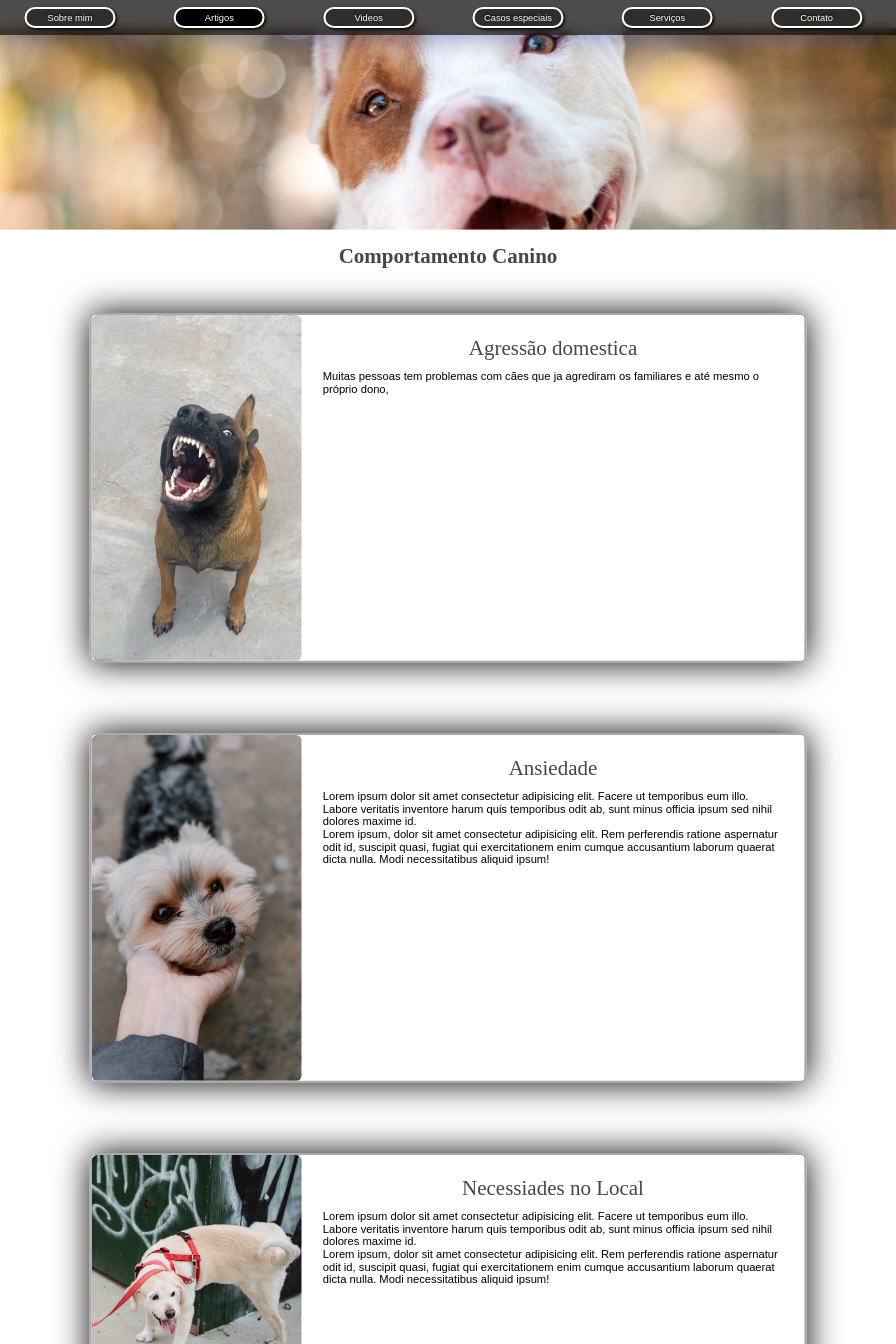
Repository: KevynMarques/Blog-React-StyledComponent
Page: /, after clicking the first element matching `button.sc-eqUAAy`
An editor plug-in stored every save of this project. The page is shown before and after a run of saves, followed by the edit.
The browser window is 1280 px wide. The pictures show the part of the page from y = 0 to 1920 px (the page is 3448 px tall), at 70% of full size.
The project was rebuilt for these pictures with package versions that can differ from the ones it lists, and the page was loaded fresh each time. Also part of the build but not shown: src/Components/Clientes/index.jsx, src/Components/Serviços/index.jsx, src/Components/Contato/index.jsx, src/Components/View/index.jsx.

Above is the page before, as saved 2022-02-21 15:14:43.

### public/index.html
<!DOCTYPE html>
<html lang="pt-BR">
  <head>
    <meta charset="utf-8" />
    <link rel="icon" href="%PUBLIC_URL%/favicon.ico" />
    <meta name="viewport" content="width=device-width, initial-scale=1" />
    <meta name="theme-color" content="#000000" />
    <meta
      name="description"
      content="Web site created using create-react-app"
    />
    <link rel="apple-touch-icon" href="%PUBLIC_URL%/logo192.png" />
    <!--
      manifest.json provides metadata used when your web app is installed on a
      user's mobile device or desktop. See https://developers.google.com/web/fundamentals/web-app-manifest/
    -->
    <!--
      Notice the use of %PUBLIC_URL% in the tags above.
      It will be replaced with the URL of the `public` folder during the build.
      Only files inside the `public` folder can be referenced from the HTML.

      Unlike "/favicon.ico" or "favicon.ico", "%PUBLIC_URL%/favicon.ico" will
      work correctly both with client-side routing and a non-root public URL.
      Learn how to configure a non-root public URL by running `npm run build`.
    -->
    <title>Adestramento DK</title>
  </head>
  <body>
    <noscript>You need to enable JavaScript to run this app.</noscript>
    <div id="root"></div>
    <!--
      This HTML file is a template.
      If you open it directly in the browser, you will see an empty page.

      You can add webfonts, meta tags, or analytics to this file.
      The build step will place the bundled scripts into the <body> tag.

      To begin the development, run `npm start` or `yarn start`.
      To create a production bundle, use `npm run build` or `yarn build`.
    -->
  </body>
</html>

### src/App.jsx
import Home from './Pages/Home';
import Sobre from './Components/Sobre/index';
import { useState, useEffect } from 'react';
import { GlobalStyle } from './GlobalStyle';
import Geral from './Components/Geral/index';


function App() {

  const [geral, setGeral]=useState(<Sobre />);

  return (
    <>
    <Home setGeral={setGeral} geral={geral}  />
    <Geral geral={geral} />
    <GlobalStyle/>
   </>
  );
}

export default App;

### src/Pages/Home/index.jsx
import React, {useState} from "react"
import {  Home, Videos, Comportamental, Serviços, Diversos, Contato } from "../../Components/Buttons/Style"
import Sobre from '../../Components/Sobre/index'
import Comport  from '../../Components/Artigos/index'
import Clientes from '../../Components/Clientes/index'
import Serv from "../../Components/Serviços"
import Cont from '../../Components/Contato/index'
import View from "../../Components/View"
import { ContainerHeader } from "../../Components/Containers/style"




export default (props) => {

  const [ativo, setAtivo] = useState(false)
  const [ativoVideos, setAtivoVideos] = useState(true)
  const [ativoComp, setComp] = useState(true)
  const [Casos, setCasos] = useState(true)
  const [serviços, setServiços] = useState(true)
  const [contato, setContato] = useState(true)


  return (
   <>
    <ContainerHeader>

       <Home
         setAtivo={setAtivo}
         ativo={ativo}
         onClick={()=>(props.setGeral(<Sobre />),
         setAtivo(false),
         setAtivoVideos(true),
         setComp(true),
         setCasos(true),
         setServiços(true)
         )}>
         <p>Sobre mim</p>
      </Home>


       <Comportamental
          onClick={() =>(props.setGeral(<Comport />),
          setAtivo(true),
          setAtivoVideos(true),
          setComp(false),
          setCasos(true),
          setServiços(true))}

          setComp={setComp}
          ativoComp={ativoComp}>

         <p>Artigos</p>
       </Comportamental>

       <Videos
        ativoEquip={ativoVideos}
        setAtivoVideos={setAtivoVideos}
        onClick={()=>(props.setGeral(<View />),
        setAtivo(true),
        setAtivoVideos(false),
        setComp(true),
        setCasos(true),
        setServiços(true)
        )}>
        <p>Videos</p>
       </Videos>

       <Diversos
          onClick={() =>(props.setGeral(<Clientes />),
          setAtivo(true),
          setAtivoVideos(true),
          setComp(true),
          setCasos(false),
          setServiços(true))}
          setCasos={setCasos}
          Casos={Casos}>
         <p>Casos especiais</p>
       </Diversos>


       <Serviços onClick={() =>(props.setGeral(<Serv />),
        setAtivo(true),
        setAtivoVideos(true),
        setComp(true),
        setCasos(true),
        setServiços(false))}
        setServiços={setServiços}
        serviços={serviços}>
         <p>Serviços</p>
       </Serviços>

       <Contato onClick={() =>(props.setGeral(<Cont />),
        setAtivo(true),
        setAtivoVideos(true),
        setComp(true),
        setCasos(true),
        setServiços(true),
        setContato(false)
       )}
          setContato={setContato}
          contato={contato}>
         <p>Contato</p>
      </Contato>

    </ContainerHeader>
    </>
  );
}

### src/Components/Sobre/index.jsx
import Foto from '../Image/foto.png'
import LV from '../Image/LV.jpg';
import Dog from '../Image/Dog.png'
import { Tittle } from "../Textos&Titles/style";
import { ContainerBaner, ContainerBox, ContainerIMG } from "../Containers/style";
import { Info } from "../Textos&Titles/style";
import { SubTitle } from '../Textos&Titles/style';
import { TitleInfo } from '../Textos&Titles/style';


export default () => {
  return (
<>
     <ContainerBaner>
      <img src={Dog} />
     </ContainerBaner>

   <Tittle>
          Adestramento DK
  </Tittle>


  <ContainerBox>
       <ContainerIMG>
        <img src={Foto} />
       </ContainerIMG>
       <Info>
       <TitleInfo>Quem sou eu</TitleInfo>
       meu nome é Kevyn Marques sempre fui um apaixonado por cães, no ano de 2017 tive o prazer
       de fazer parte do 2BPE  onde pude ter  meu primeiro contato com cães de trabalho tanto de faro como de guarda, encantando com aqueles animais comecei a pesquisar e estudar sobre comportamento canino  e desde la eu nunca mais parei, ao longo da minha jornada como adestrador fiz inumeros cursos com pessoas que estão na aréa do adestramento a anos, tanto no esporte canino como no treinamento pet podendo ter uma visão ampla e diversificade de cada caso que passa pelas minhas mãos, tenho um orgulho enorme dos meus resultados, acredito que todos com a orientação adequada podem ter uma vida em harmonia com seus cães independente do tamanho do problema ele sempre tera solução.
       </Info>
       </ContainerBox>

  <SubTitle>  Viper e Logan !
  </SubTitle>


    <ContainerBox>
       <ContainerIMG>
        <img src={LV} />
       </ContainerIMG>
       <Info>
       <TitleInfo>Nosso dia a dia</TitleInfo>
       Apesar de ter tido cães a vida toda o meu primeiro cão de trabalho foi o Logan, meu pastor Belga Malinois que se encontra ao lado direito da foto, com o Logan vieram inumeros desafios afinal é uma raça dificil de lidar, temperamento forte muita disposição e um drive de caça altissimo, porem com a tecnica é o conhecimento adequado o Logan se tornou a melhor companhia que ja tive na vida, ja o Mali mais escuro na foto é o Viper, minha paixão por Malinois so aumenta e com isso veio mais um para familia, o pequeno Viper é bem diferente do Logan, um cão mais calmo e de um temperamento extremamente equilibrado por enquanto ainda não sei se irei treina-lo para guarda e proteção como o Logan, porem uma coisa é certa, eles fazem uma dupla e tanto !! Irei postar videos rotineiros dos treinos de ambos e espero que vocês acompanhem !
       </Info>
   </ContainerBox>
</>

  );
}

### src/GlobalStyle.jsx
import { createGlobalStyle } from 'styled-components';

 export const GlobalStyle = createGlobalStyle`
  * {
    margin: 0;
    padding: 0;
    box-sizing: border-box;

  }
`;

### src/Components/Geral/index.jsx
import React from "react"

export default (props) => {

  return (

    <>
    {props.geral}
    </>

  );

}

### src/Components/Buttons/Style.jsx
import styled from "styled-components";


export const Home = styled.button `
background:${props => props.ativo ? '#2e2e2e' : '#000000'};
font-family: Arial, Helvetica, sans-serif;
font-style:normal;
color:#ffffff;
border:3px solid #ffffff;
text-shadow:0px -1px 3px #000000;
box-shadow:2px 2px 5px #000000;
box-shadow:2px 2px 5px #000000;
box-shadow:2px 2px 5px #000000;
border-radius:25px 25px 25px 25px;
border-radius:25px 25px 25px 25px;
border-radius:25px 25px 25px 25px;
width:130px;
height: 30px;

&:hover {
  background-color: black;
}

cursor:pointer;
margin:0 auto;
margin-left: 35px;

&:active {
  transform: scale(0.9);
}

`;


export const Videos = styled(Home) `

background:${props => props.ativoEquip ? '#2e2e2e' : '#000000'};

`;

export const Comportamental = styled(Home) `

background:${props => props.ativoComp ? '#2e2e2e' : '#000000'};

`;


export const Diversos = styled(Home) `

background:${props => props.Casos? '#2e2e2e' : '#000000'};

`;


export const Serviços = styled(Home) `

background:${props => props.serviços? '#2e2e2e' : '#000000'};

`;

export const Contato = styled(Home) `

background:#2e2e2e;

`;

### src/Components/Artigos/index.jsx
import Dog from '../Image/pitbull.jpeg'
import Agress from '../Image/agressao.png'
import York from '../Image/york.jpeg'
import Xixi from '../Image/xixi.jpeg'
import Passeio from '../Image/Passeio.jpeg'
import Bagunça from '../Image/bagunça.jpg'
import { Info, SubTitle } from '../Textos&Titles/style'
import { ContainerBaner, ContainerBox, ContainerIMG } from '../Containers/style'
import { TitleInfo } from '../Textos&Titles/style'

export default () => {
  return (
    <>
    <ContainerBaner>
    <img src={Dog} />
    </ContainerBaner>

    <SubTitle>
      Comportamento Canino
     </SubTitle>

      <ContainerBox>
       <ContainerIMG>
        <img src={Agress} />
       </ContainerIMG>
       <Info>
       <TitleInfo>Agressão domestica</TitleInfo>
       Muitas pessoas tem problemas com cães que ja agrediram os familiares e até mesmo o próprio dono,
        </Info>
       </ContainerBox>

       <ContainerBox>
       <ContainerIMG>
        <img src={York} />
       </ContainerIMG>
       <Info>
       <TitleInfo>Ansiedade</TitleInfo>
       Lorem ipsum dolor sit amet consectetur adipisicing elit. Facere ut temporibus eum illo. Labore veritatis inventore harum quis temporibus odit ab, sunt minus officia ipsum sed nihil dolores maxime id.
       <br></br>
        Lorem ipsum, dolor sit amet consectetur adipisicing elit. Rem perferendis ratione aspernatur odit id, suscipit quasi, fugiat qui  exercitationem  enim cumque accusantium laborum quaerat dicta nulla. Modi necessitatibus aliquid ipsum!
        </Info>
       </ContainerBox>

       <ContainerBox>
       <ContainerIMG>
        <img src={Xixi} />
       </ContainerIMG>
       <Info>
       <TitleInfo>Necessiades no Local</TitleInfo>
       Lorem ipsum dolor sit amet consectetur adipisicing elit. Facere ut temporibus eum illo. Labore veritatis inventore harum quis temporibus odit ab, sunt minus officia ipsum sed nihil dolores maxime id.
       <br></br>
        Lorem ipsum, dolor sit amet consectetur adipisicing elit. Rem perferendis ratione aspernatur odit id, suscipit quasi, fugiat qui  exercitationem  enim cumque accusantium laborum quaerat dicta nulla. Modi necessitatibus aliquid ipsum!
        </Info>
       </ContainerBox>


       <ContainerBox>
       <ContainerIMG>
        <img src={Passeio} />
       </ContainerIMG>
       <Info>
       <TitleInfo>Passeio</TitleInfo>
       Lorem ipsum dolor sit amet consectetur adipisicing elit. Facere ut temporibus eum illo. Labore veritatis inventore harum quis temporibus odit ab, sunt minus officia ipsum sed nihil dolores maxime id.
       <br></br>
        Lorem ipsum, dolor sit amet consectetur adipisicing elit. Rem perferendis ratione aspernatur odit id, suscipit quasi, fugiat qui  exercitationem  enim cumque accusantium laborum quaerat dicta nulla. Modi necessitatibus aliquid ipsum!
        </Info>
       </ContainerBox>


       <ContainerBox>
       <ContainerIMG>
        <img src={Bagunça} />
       </ContainerIMG>
       <Info>
       <TitleInfo>Destruição de objetos</TitleInfo>
       Lorem ipsum dolor sit amet consectetur adipisicing elit. Facere ut temporibus eum illo. Labore veritatis inventore harum quis temporibus odit ab, sunt minus officia ipsum sed nihil dolores maxime id.
       <br></br>
        Lorem ipsum, dolor sit amet consectetur adipisicing elit. Rem perferendis ratione aspernatur odit id, suscipit quasi, fugiat qui  exercitationem  enim cumque accusantium laborum quaerat dicta nulla. Modi necessitatibus aliquid ipsum!
        </Info>
       </ContainerBox>
    </>
  );
}

### src/Components/Containers/style.jsx
import  styled  from "styled-components";



export const  ContainerHeader  = styled.div `
     width: 100vw;
     height: 50px;
     margin: 0;
     position: fixed;
     z-index: 99999;
     background: rgba( 0, 0, 0, 0.7 );
     box-shadow: 0 8px 32px 0 rgba( 31, 38, 135, 0.37 );
     backdrop-filter: blur( 7.5px );
     -webkit-backdrop-filter: blur( 7.5px );
     color:white;
     display: flex;
     align-items: center;
     justify-content: center;
`;



export const ContainerBaner= styled.div `
  width: 100%;
  height: 40vh;


    img {
    width: 100%;
    height: 100%;
    object-fit: cover;
    margin-top: 40px;

    }
`;


export const  ContainerBox = styled.section `
  height: 500px;
  border: solid 3px #aaaaaa;
  width: 80vw;
  margin: 100px  10%;
  border-radius: 8px;
  box-shadow: 0 0 3em Black;
  display: flex;
  `;


export const ContainerIMG = styled.div `

    min-width:300px;
    height:494px;

  img {
    object-fit: cover;
    width: 100%;
    height: 100%;
    border-radius: 8px;
  }

`;

### src/Components/Textos&Titles/style.jsx
import styled from 'styled-components'



export const Tittle = styled.h1`
@import url('https://fonts.googleapis.com/css2?family=Bangers&display=swap');
color: #312f2f;
font-size: 60px;
font-family: 'Bangers', cursive;
text-align: center;
height: 40px;
margin-top: 45px;
`;


export const Info = styled.p`
 margin: 30px;
 font-family: Arial, Helvetica, sans-serif;
`;


export const SubTitle = styled.h2 `
 text-align: center;
 font-size: 30px;
 margin-top: 60px;
 font-family: Arial, Helvetica, sans-serif;
 color: #464646;
 margin-bottom: -35px;
 font-family: 'Bangers', cursive;
`;


export const TitleInfo = styled.div `
 text-align: center;
 font-size: 30px;
 font-family: Arial, Helvetica, sans-serif;
 color: #464646;
 font-family: 'Bangers', cursive;
 margin-bottom: 15px;
`;

Loaded but not shown: src/index.js (common file)

After the next 2 saves:
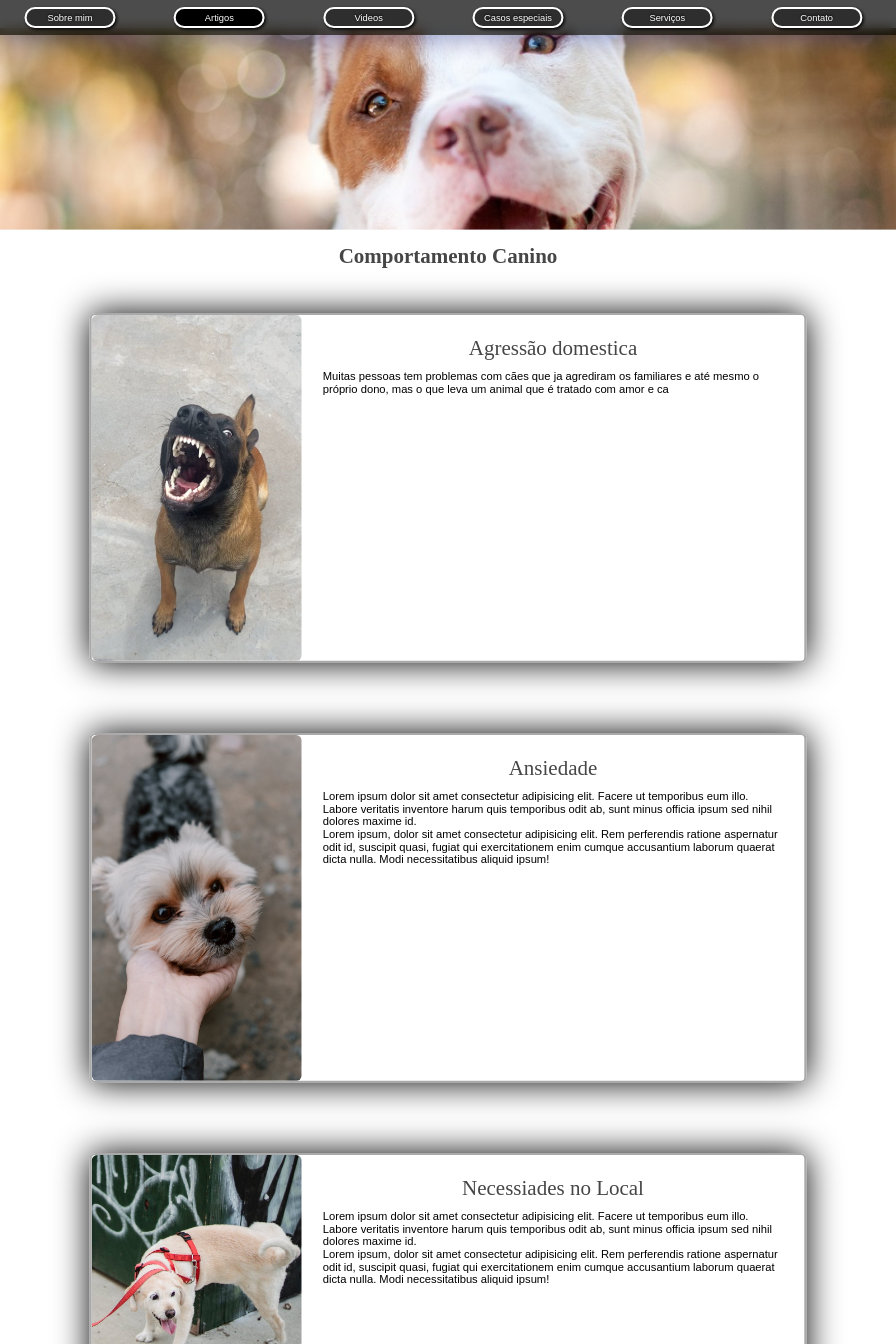
The 2 saves are shown as one change because they came seconds apart.
The last was saved 26 s later.
--- a/src/Components/Artigos/index.jsx
+++ b/src/Components/Artigos/index.jsx
@@ -25,7 +25,7 @@ export default () => {
        </ContainerIMG>
        <Info>
        <TitleInfo>Agressão domestica</TitleInfo>
-       Muitas pessoas tem problemas com cães que ja agrediram os familiares e até mesmo o próprio dono,
+       Muitas pessoas tem problemas com cães que ja agrediram os familiares e até mesmo o próprio dono, mas o que leva um animal que é tratado com amor e ca
         </Info>
        </ContainerBox>
 
